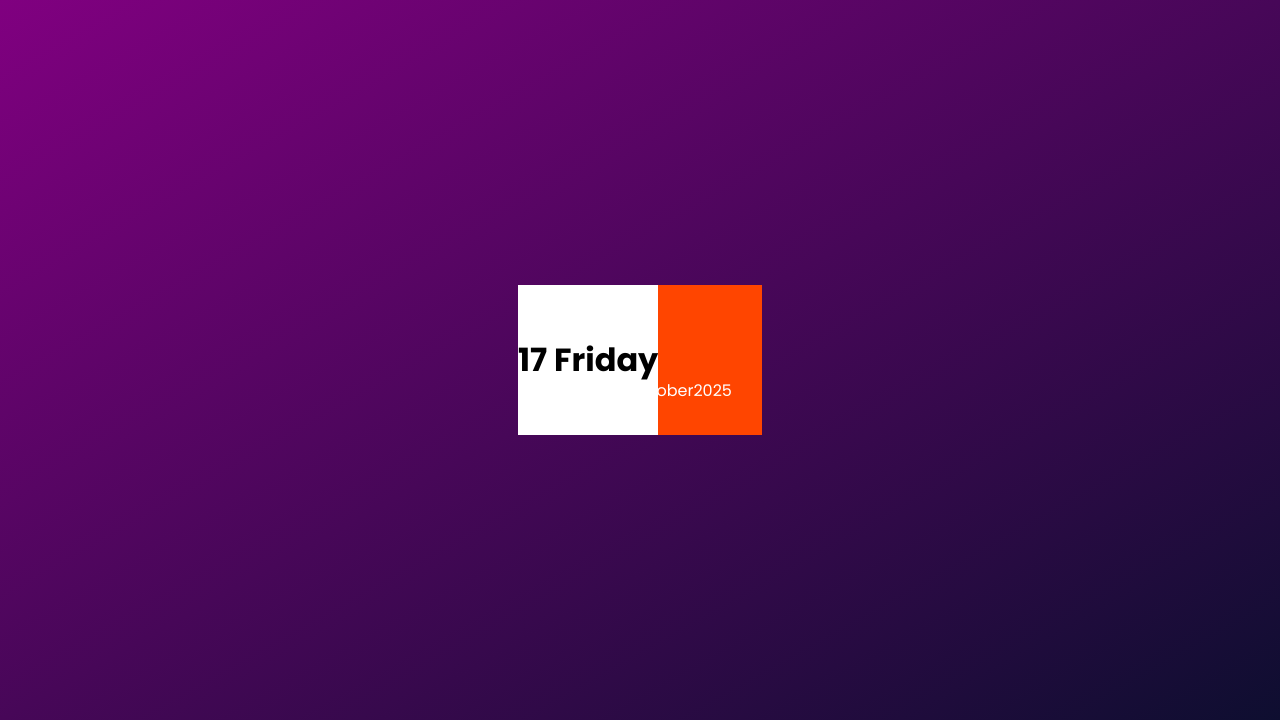
Repository: Ankitkr2021/Calendar
Page: index.html
These files come from the project's save history. The page is drawn as it stood at one moment and after a run of saves; the edit follows.
The browser window is 1280 px wide. The pictures show the whole page.

Above is the page before, as saved 2025-10-17 19:26:24.

### index.html
<!DOCTYPE html>
<html lang="en">
<head>
    <meta charset="UTF-8">
    <meta name="viewport" content="width=device-width, initial-scale=1.0">
    <title>Document</title>
    <link rel="stylesheet" href="./style.css">
</head>
<body>
    <div class="box">
        <div class="date"><h1>17 Friday</h1></div>
        <div class="month">
            <div class="mon">October</div>
            <div class="year">2025</div>
        </div>
    </div>
</body>
</html>

### style.css
@import url('https://fonts.googleapis.com/css2?family=Poppins:wght@100;200;300;400;500;600;700;800;900&display=swap');

*{
    margin: 0;
    padding: 0;
    box-sizing: border-box;
    font-family: "Poppins",sans-serif;
}

.box {
    display: flex;
    align-items: center;
    justify-content: center;
    height: 100vh;
    background: linear-gradient(to bottom right, purple, rgb(14, 14, 48));
    color: #fff;
}

.date {
    background: #fff;
    color: #000;
    height: 150px;
    display: flex;
    align-items: center;
    justify-content: center;

}

.mon {
    /* display: flex;
    align-items: center;
    justify-content: center; */
    position: relative;
    right: 30px;
    top: 30px;
}

.year {
    /* background: #fff; */
    position: relative;
    right: 30px;
    top: 30px;
}

.month{
    background: orangered;
    height: 150px;
    display: flex;
    align-items: center;
    justify-content: center;
}

After the next 2 saves:
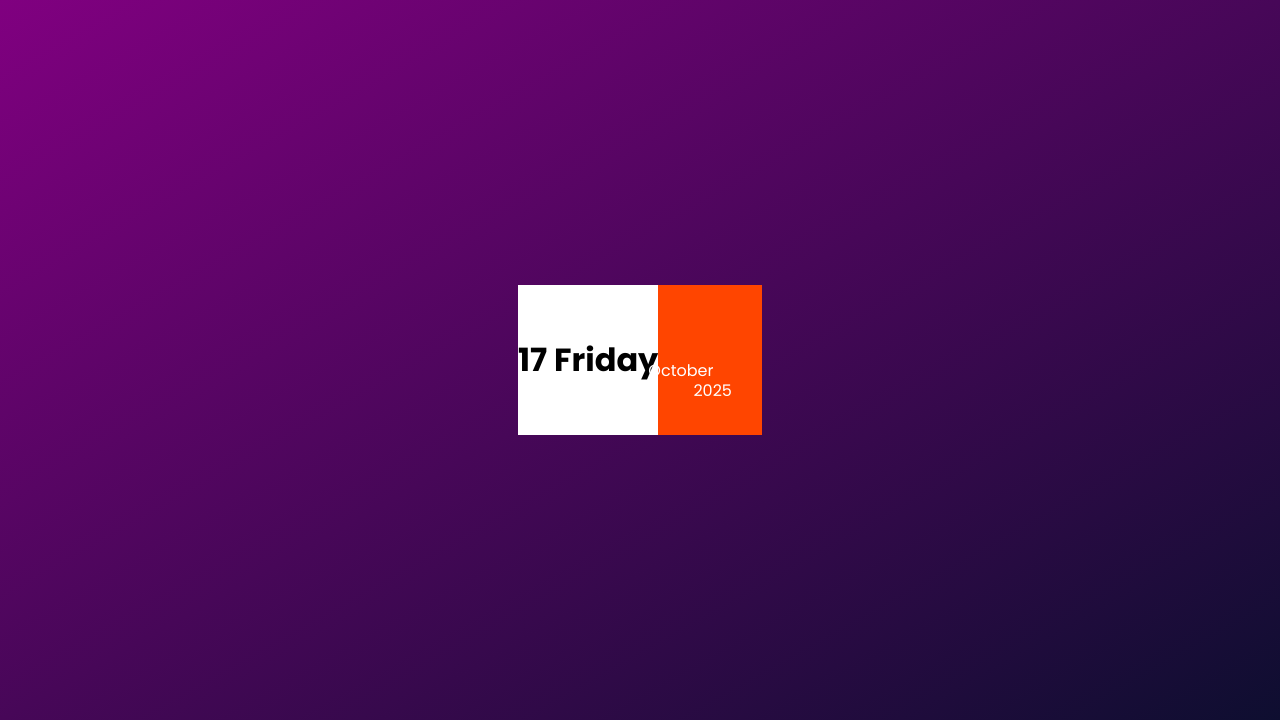
The 2 saves are shown as one change because they came seconds apart.
The last was saved 10 s later.
--- a/style.css
+++ b/style.css
@@ -31,8 +31,8 @@
     align-items: center;
     justify-content: center; */
     position: relative;
-    right: 30px;
-    top: 30px;
+    right: 10px;
+    top: 10px;
 }
 
 .year {
